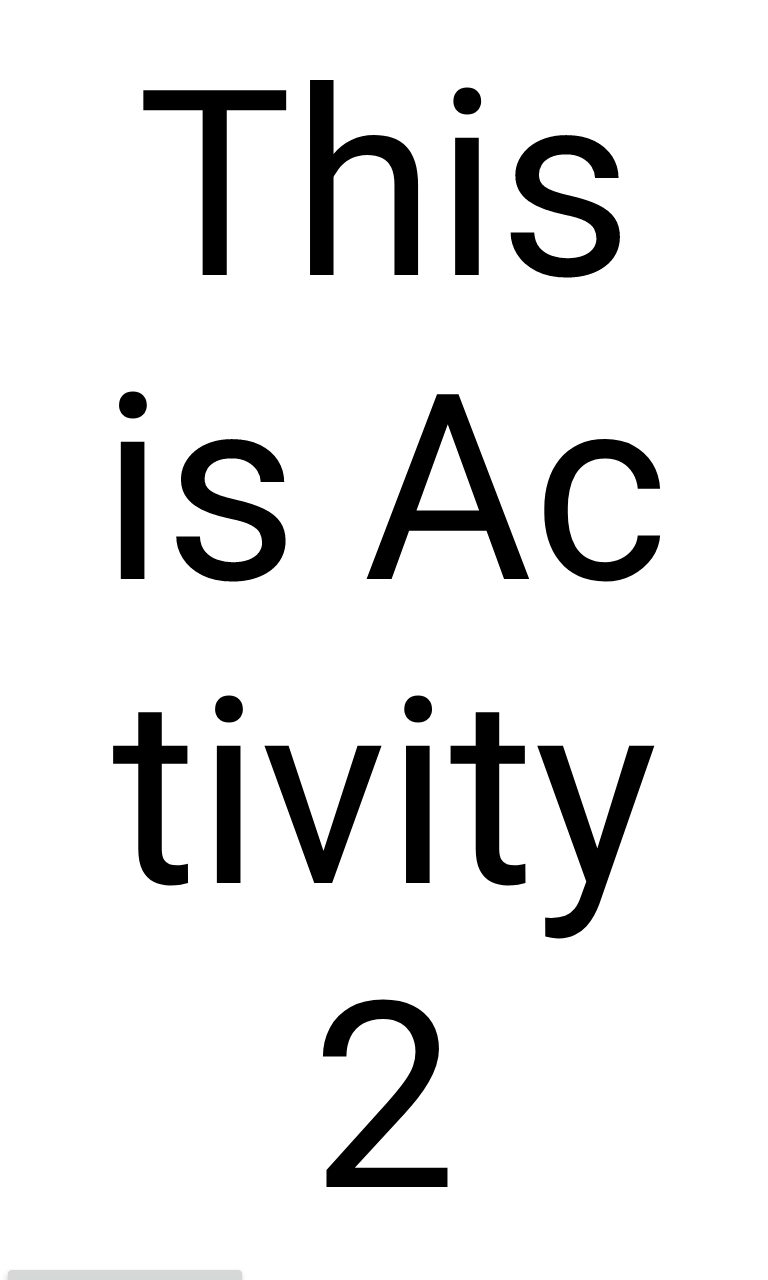
Repository: Stamenov96/NeuralNetowork
Layout: DigitRecognition/res/layout/about.xml
An editor plug-in stored every save of this project. The layout is shown before and after the next save, followed by the edit.
It is drawn on a 768 x 1280 px phone screen (xhdpi) without system bars, with theme AppTheme; the app's code is not run.

Above is the layout before, as saved 2015-02-13 15:18:14.

After the next save:
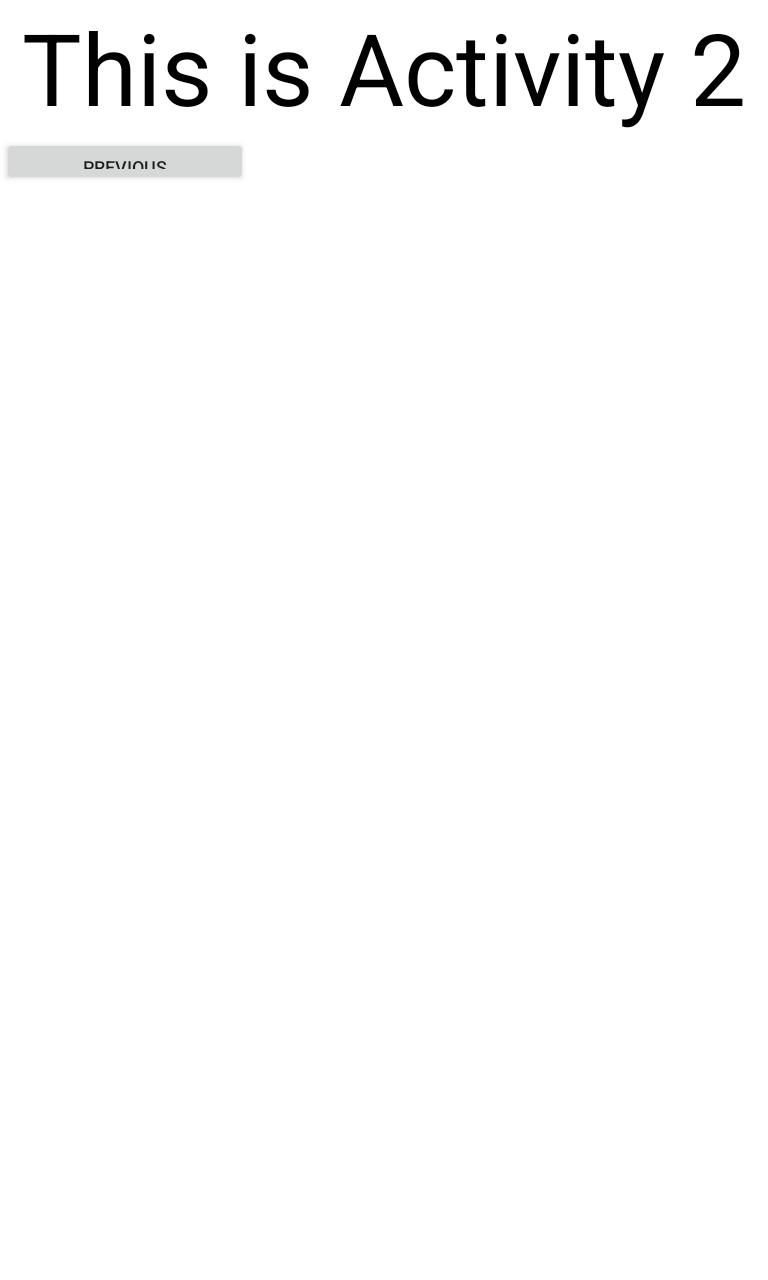
Saved 32 s later.
--- a/DigitRecognition/res/layout/about.xml
+++ b/DigitRecognition/res/layout/about.xml
@@ -9,7 +9,7 @@
         android:layout_width="fill_parent"
         android:layout_height="wrap_content"
         android:text="This is Activity 2"
-        android:textSize="130dp"
+        android:textSize="50dp"
         android:gravity="center"
         android:textColor="#000000" />
 
